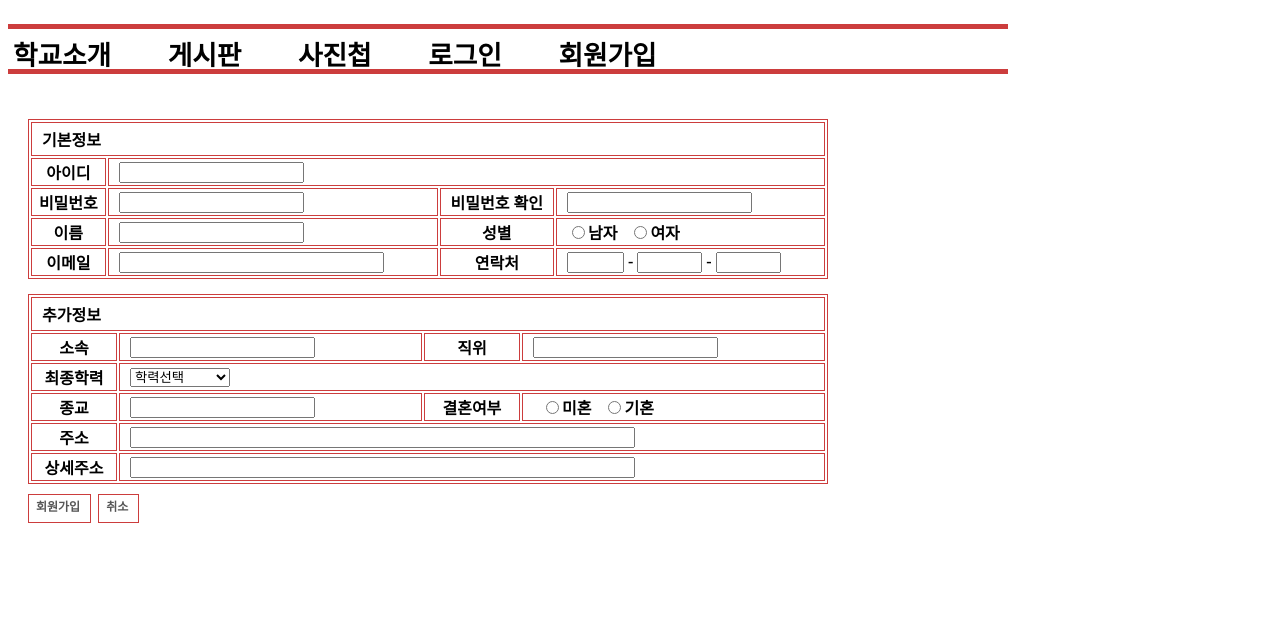
Repository: asaf0813/aisw
Page: java/이클립스/workspace/html/htmltest/WebContent/member/join.html
The author's editor kept a copy of each file at every save. The page is drawn from the files as they stood at one save, then again after the next save.
The browser window is 1280 px wide. The pictures show the part of the page from y = 158 to 808 px (the page is 777 px tall before and 808 px after).

Above is the page before, as saved 2019-10-03 10:49:02.

After the next save:
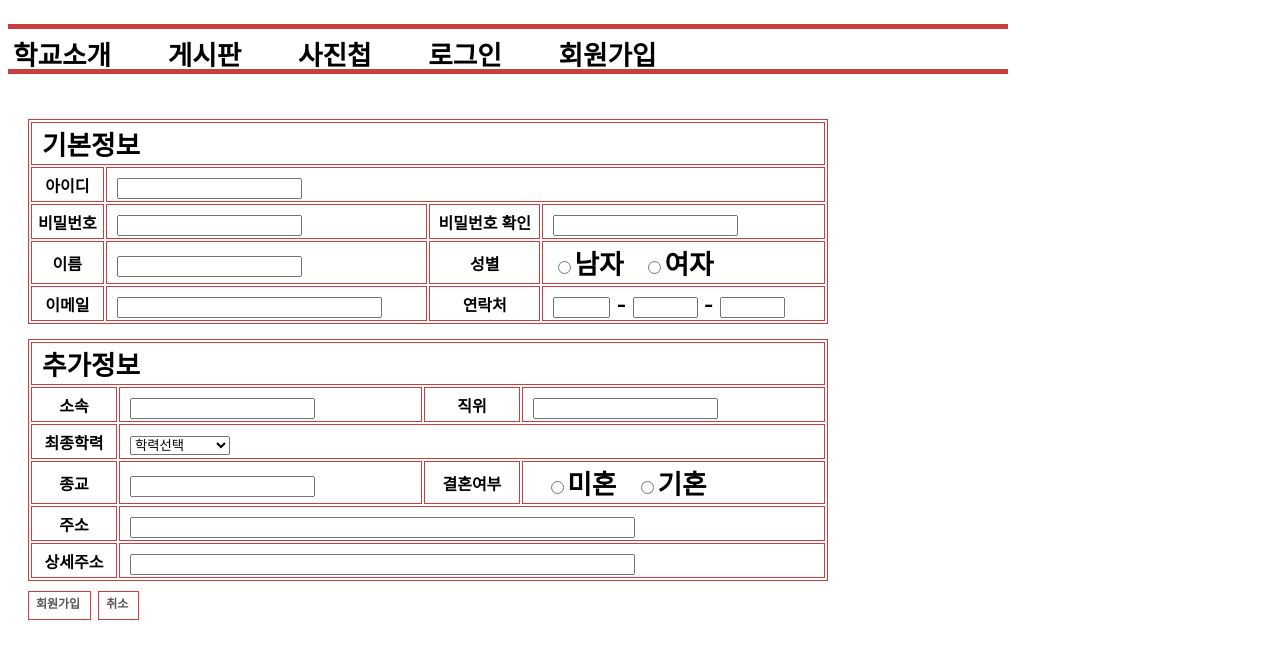
Saved 12 s later.
--- a/java/이클립스/workspace/html/htmltest/WebContent/member/join.css
+++ b/java/이클립스/workspace/html/htmltest/WebContent/member/join.css
@@ -57,7 +57,6 @@
 }
 
 .modify_user table th {
-	font-weight:bold;
 	font-size:12pt;
 	background-color:#FFFFFF;
 	border:1px solid #CC3D3D;
@@ -66,7 +65,7 @@
 
 .modify_user table td{
 	font-weight:bold;
-	font-size:12pt;
+	font-size:20pt;
 	background-color:#ffffff;
 	border:1px solid #CC3D3D;
     color:#000000;
